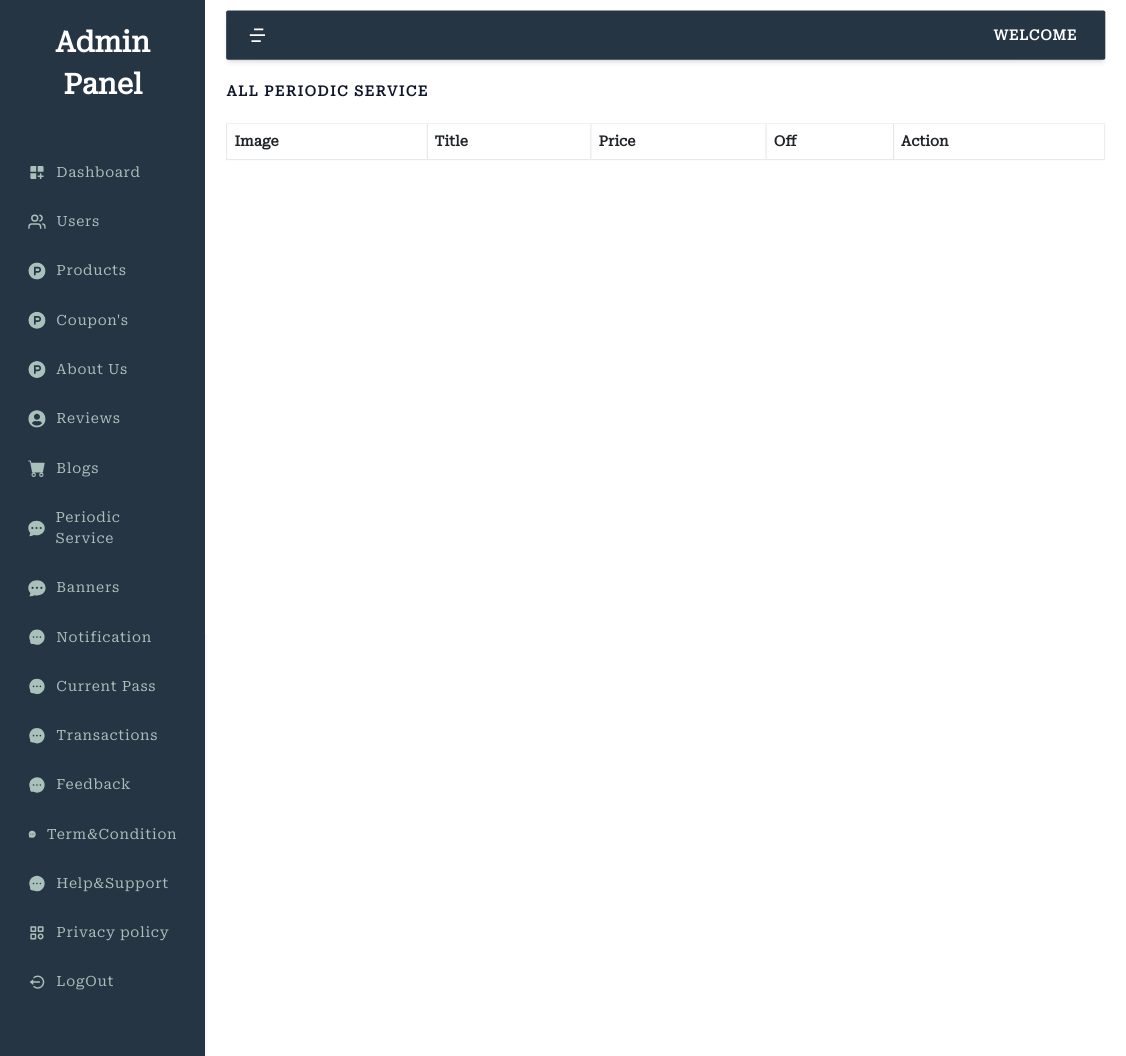
Repository: FlyweisReact/Arun-Chauhan
Page: /complaint
The author's editor kept a copy of each file at every save. The page is drawn from the files as they stood at one save, then again after a run of saves.
The browser window is 1280 px wide. The pictures show the whole page, at 88% of full size.
Some web libraries are served in a nearby version. The project was rebuilt for these pictures with package versions that can differ from the ones it lists, and the page was loaded fresh each time. Also part of the build but not shown: src/components/forms/Login.jsx, src/components/layout/Navbar.jsx, src/components/layout/Sidebar.jsx, src/components/layout/HOC.jsx, src/components/pages/Dashboard.jsx, src/components/vendorPanel/components/pages/Message/Message.js, src/components/pages/UserKundli/UserKundli.jsx, src/components/pages/discount/Discount.jsx and 27 more.

Above is the page before, as saved 2023-03-14 15:05:20.

### public/index.html
<!-- @format -->

<!DOCTYPE html>
<html lang="en">
  <head>
    <meta charset="utf-8" />
    <!-- <link rel="icon" href="%PUBLIC_URL%/favicon.png" /> -->
    <meta name="viewport" content="width=device-width, initial-scale=1" />
    <meta name="theme-color" content="#000000" />
    <meta
      name="description"
      content="Web site created using create-react-app"
    />
    <link rel="apple-touch-icon" href="%PUBLIC_URL%/favicon.ico?v=2" />



    <link rel="manifest" href="%PUBLIC_URL%/manifest.json" />
    <link rel="preconnect" href="https://fonts.googleapis.com">
    <link rel="preconnect" href="https://fonts.gstatic.com" crossorigin>
    <link href="https://fonts.googleapis.com/css2?family=Roboto+Serif&display=swap" rel="stylesheet">
    <title>Arun   Panel</title>
  </head>
  <body>
    <noscript>You need to enable JavaScript to run this app.</noscript>
    <div id="root"></div>
    <script src="https://code.jquery.com/jquery-3.6.0.min.js"></script>
    <script src="https://kit.fontawesome.com/b533b351e4.js" crossorigin="anonymous"></script>
  </body>
</html>

### src/index.js
import React from "react";
import ReactDOM from "react-dom/client";
import "./index.css";
import App from "./App";
import { BrowserRouter } from "react-router-dom";
import 'bootstrap/dist/css/bootstrap.min.css'

const root = ReactDOM.createRoot(document.getElementById("root"));
root.render(
  <React.StrictMode>
    <BrowserRouter>
      <App />
    </BrowserRouter>
  </React.StrictMode>
);

### src/index.css
/** @format */

@tailwind base;
@tailwind components;
@tailwind utilities;




body {
  margin: 0;
  font-family: 'Roboto Serif', serif  !important;
  -webkit-font-smoothing: antialiased;
  -moz-osx-font-smoothing: grayscale;
}

/* Wcomponents */
.wcomp::-webkit-scrollbar {
  width: 0px;
}
::-webkit-scrollbar {
  width: 0px;
}
::-webkit-scrollbar-track {
  background: #696f78;
}
/* Handle */
::-webkit-scrollbar-thumb {
  background: #b4b8bf;
}

.main-card--container {
  display: grid;
  grid-template-columns: repeat(3, minmax(300px, 500px));
  grid-gap: 50px;
  justify-content: space-around;
}
.card-container {
  margin: 25px 0 auto;
  position: relative;
  display: grid;
  grid-template-columns: 1fr;
  justify-content: space-around;
  align-items: flex-start;
}

.img-thumbnail {
  width: 80px;
}
.img-large {
  max-width: 80%;
}

.formInput {
  padding: 5px;
}

.BannerImg{
  display: grid;
  grid-template-columns: auto auto auto;
  margin: 20px;
  justify-content: space-evenly;
  text-align: center;
}
.BannerImg div{
  box-shadow: rgba(0, 0, 0, 0.35) 0px 5px 15px;
  padding: 10px;

}
.BannerImg img{
  width: 400px;
  height: 200px;
}


li{
  list-style: disc;
}
.carouselImages{
  width: 200px !important;
}
.Car{
  width: 200px !important;
}

.three-Sec{
  display: grid;
  justify-content: space-evenly;
  grid-template-columns: auto auto auto;
  text-align: center;
  color: black;

}
.three-Sec div{
  box-shadow: rgba(0, 0, 0, 0.35) 0px 5px 15px;
  margin-top: 40px;
  padding : 10px;
}
.three-Sec img{
  width: 400px;
}
.three-Sec p{
  font-size: 20px;
  font-weight: bold;
  margin: 0;
}
.three-Sec button{
  border: 1px solid #B80000;
  background-color: #ffff;
  color: #B80000;
  width: 100%;
  padding: 3px;
  margin-top: 10px;
  font-size: 20px;
  transition: 0.5s;
}

.three-Sec button:hover{
  background-color: #B80000;
  color: #ffff;
}

### src/App.js
/** @format */

import { Routes, Route } from "react-router-dom";
import Login from "./components/forms/Login";
import Dashboard from "./components/pages/Dashboard";
import { ToastContainer } from "react-toastify";
import MSG from "./components/vendorPanel/components/pages/Message/Message";
import "react-toastify/dist/ReactToastify.css";
import UserKundli from "./components/pages/UserKundli/UserKundli";
import Discount from "./components/pages/discount/Discount";
import Chat from "./components/pages/reactChat/Chat";
import Horoscope from "./components/pages/horoScope/Horoscope";
import Specification from "./components/pages/SpecificationPage/Specification";
import VendorLogin from "./components/vendorPanel/components/forms/VendorLogin";
import VendorDashboard from "./components/vendorPanel/components/pages/VendorDashboard";
import Fedd from "./components/pages/FeedBack/Fedd";
import Users from "./components/vendorPanel/components/pages/Users/Users";
import TimeSlots from "./components/pages/TimeSlots/TimeSlots";
import Documents from "./components/pages/Documents/Documents";
import Notify from "./components/pages/Notifications/Notify";
import ProductDetail from "./components/pages/FeedBack/ProductDetail";
import Product from "./components/vendorPanel/components/pages/Products/Product";
import Category from "./components/vendorPanel/components/pages/Category/Category";
import Order from "./components/vendorPanel/components/pages/Orders/Order";
import Complaint from "./components/vendorPanel/components/pages/Complaint/Complaint";
import Vendor from "./components/vendorPanel/components/pages/Vendors/Vendor";
import SubCategory from "./components/pages/Subcategory/SubCategory";
import Tour from "./components/vendorPanel/components/pages/Tour";
import Transaction from "./components/vendorPanel/components/pages/Transaction";
import Privacy from "./components/vendorPanel/components/pages/Terms/Privacy";
import Terms from "./components/vendorPanel/components/pages/Terms/Terms";
import Transactions from './components/vendorPanel/components/pages/Users/Transactions'
import CurrentPass from "./components/vendorPanel/components/pages/Users/CurrentPass";
import Offers from "./components/vendorPanel/components/pages/Users/Offers";
import FeedBack from "./components/vendorPanel/components/pages/Users/FeedBack";
import TermsCon from "./components/vendorPanel/components/pages/Users/TermsCon";
import HelpSupport from "./components/vendorPanel/components/pages/Users/HelpSupport";

function App() {
  return (
    <>
      <ToastContainer />

      <Routes>
        <Route path="/vendorLogin" element={<Login />} />
        <Route path="/dashboard" element={<Dashboard />} />
        <Route path="/userkundli" element={<UserKundli />} />
        <Route path="/discount" element={<Discount />} />
        <Route path="/horoscope" element={<Horoscope />} />
        <Route path="/specification" element={<Specification />} />


        <Route path="/chat" element={<Chat />} />
        <Route path="feedback" element={<Fedd />} />
        <Route path="/time" element={<TimeSlots />} />
        <Route path="/document" element={<Documents />} />
        <Route path="/subCategory" element={<SubCategory />} />
        <Route path="/not" element={<Notify />} />
        <Route path="/viewProduct/:id" element={<ProductDetail />} />


        {/* Admin Panel */}
        <Route path="/" element={<VendorLogin />} />
        <Route path="/ven" element={<Vendor />} />
        <Route path="/product" element={<Product />} />
        <Route path="/tour" element={<Tour />} />
        <Route path='/transaction' element={<Transaction />} />
        <Route path="/users" element={<Users />} />
        <Route path="/order" element={<Order />} />
        <Route path="/msg" element={<MSG />} />
        <Route path="/complaint" element={<Complaint />} />
        <Route path="/vendorDashboard" element={<VendorDashboard />} />
        <Route path="/category" element={<Category />} />
        <Route path="/privacy" element={<Privacy />} />
        <Route path="/terms" element={<Terms />} />
        <Route path="/trans" element={<Transactions />} />
        <Route path="/currentPass" element={<CurrentPass />} />
        <Route path="/offers" element={<Offers />} />
        <Route path="/feedBacks" element={<FeedBack />} />
        <Route path="/termsCon" element={<TermsCon />} />
        <Route path='/helpSupport' element={<HelpSupport />} />
      </Routes>
    </>
  );
}

export default App;

### src/components/vendorPanel/components/pages/Complaint/Complaint.js
/** @format */
import React, {  useState } from "react";
import { Table , Modal ,Button , Form} from "react-bootstrap";
import HOC from "../../layout/HOC";



const Complaint = () => {
  const [modalShow, setModalShow] = useState(false);


  function MyVerticallyCenteredModal(props) {
    return (
      <Modal
        {...props}
        size="lg"
        aria-labelledby="contained-modal-title-vcenter"
        centered
      >
        <Modal.Header closeButton>
          <Modal.Title id="contained-modal-title-vcenter">
            Update Help&Support
          </Modal.Title>
        </Modal.Header>
        <Modal.Body>
          <Form>
            <Form.Group className="mb-3">
              <Form.Label>Name</Form.Label>
              <Form.Control
                type="text"
              />
          </Form.Group>
            <Form.Group className="mb-3">
              <Form.Label>Email</Form.Label>
              <Form.Control
                type="text"
              />
            </Form.Group>
            <Button variant="outline-success" type="submit">
              Submit
            </Button>
          </Form>
        </Modal.Body>
        <Modal.Footer></Modal.Footer>
      </Modal>
    );
  }





  return (
    <>

<MyVerticallyCenteredModal
          show={modalShow}
          onHide={() => setModalShow(false)}
        />

      <section>
        <div className="pb-4 sticky top-0  w-full flex justify-between items-center bg-white">
          <span className="tracking-widest text-slate-900 font-semibold uppercase ">
          All Periodic Service
          </span>
        </div>

        <div style={{ maxWidth: "100%", overflow: "auto" }}>
          <Table striped bordered hover>
            <thead>
              <tr>
                <th> Image</th>
                <th> Title</th>
                <th> Price</th>
                <th> Off</th>
                <th>Action</th>
              </tr>
            </thead>
            <tbody>

            </tbody>
          </Table>
        </div>
      </section>
    </>
  );
};


export default HOC(Complaint);

### src/components/vendorPanel/components/layout/HOC.jsx
import React, { useState } from "react";
import Navbar from "./Navbar";
import Sidebar from "./Sidebar";

const HOC = (Wcomponenet) => {
  return function Component() {
    const [hamb, setHamb] = useState(false);
    return (
      <>
        <section className="flex overflow-x-hidden relative">
          {/* Sidebar */}
          <div
            className={
              hamb
                ? " absolute top-0 z-30 md:w-auto shadow-md bg-slate-200  w-60 transition-all md:-left-full left duration-150  h-auto overflow-y-auto  left-0 "
                : " md:w-72 z-30 bg-slate-200  shadow-md  md:static absolute top-0 -left-full   transition-all duration-150  overflow-y-auto h-auto"
            }
          >
            <Sidebar hamb={hamb} setHamb={setHamb} />
          </div>
          {/* Components & Navbar */}
          <div
            className={
              hamb
                ? " transition-all px-4 py-2  bg-white duration-150 w-full h-screen"
                : " w-full h-screen  px-4 py-2  bg-white z-50 transition-all duration-150 "
            }
          >
            <Navbar hamb={hamb} setHamb={setHamb} />
            <div className="my-6 text-white h-[87%] wcomp overflow-y-auto">
              <Wcomponenet />
            </div>
          </div>
        </section>
      </>
    );
  };
};

export default HOC;

### src/components/vendorPanel/components/layout/Navbar.jsx
/** @format */

import { RiMenu4Line } from "react-icons/ri";

const Navbar = ({ hamb, setHamb }) => {

  return (
    <>

      <div
        className={
          hamb
            ? "flex  w-full justify-between  my-1 rounded-sm  p-4 py-3 shadow-md items-center  bg-slate-200 space-x-4"
            : "flex  w-full justify-between my-1 rounded-sm  p-4 py-3 shadow-md items-center  bg-slate-200 space-x-4"
        }
        style={{   backgroundColor: "#263544", color : "#fff"}}
      >
        <RiMenu4Line
          onClick={() => setHamb(!hamb)}
          className="text-2xl font-bold text-#fff-900 hover:scale-90 cursor-pointer"
        />

        <section className="flex sm:ml-auto justify-end sm:w-full items-center space-x-2  pr-2">
          <figcaption className="tracking-wider pl-1 font-semibold">
            <div className="lg:text-base text-sm text-#fff-900  uppercase" >
              Welcome
            </div>
          </figcaption>
        </section>


      </div>
    </>
  );
};

export default Navbar;

### src/components/vendorPanel/components/layout/Sidebar.jsx
/** @format */

import React from "react";
import { RiCloseLine } from "react-icons/ri";
import { Link, useNavigate } from "react-router-dom";
import { BsFillCartFill } from "react-icons/bs";
import { BiLogOutCircle ,BiCategory } from "react-icons/bi";
import { MdDashboardCustomize } from "react-icons/md";
import { BsFillChatDotsFill } from "react-icons/bs";
import { AiFillMessage } from "react-icons/ai";
import {FaProductHunt , FaUserCircle} from 'react-icons/fa'
import {FiUsers} from 'react-icons/fi'

const Sidebar = ({ hamb, setHamb }) => {
  const navigate = useNavigate();

  const nav = [
    {
      icon: <MdDashboardCustomize className="text-xl mr-3 rounded-full " />,
      link: "/vendorDashboard",
      name: "Dashboard",
    },
    {
      icon: <FiUsers className="text-xl mr-3" />,
      link: "/ven",
      name: "Users",
    },
    {
      icon: <FaProductHunt className="text-xl mr-3 rounded-full " />,
      link: "/tour",
      name: "Products",
    },
    {
      icon: <FaProductHunt className="text-xl mr-3 rounded-full " />,
      link: "/product",
      name: "Coupon's",
    },
    {
      icon: <FaProductHunt className="text-xl mr-3 rounded-full " />,
      link: "/transaction",
      name: "About Us",
    },
    {
      icon: <FaUserCircle className="text-xl mr-3" />,
      link: "/users",
      name: "Reviews",
    },
    {
      icon: <BsFillCartFill className="text-xl mr-3" />,
      link: "/order",
      name: "Blogs",
    },
    {
      icon: <BsFillChatDotsFill className="text-xl mr-3" />,
      link: "/complaint",
      name: "Periodic Service",
    },
    {
      icon: <BsFillChatDotsFill className="text-xl mr-3" />,
      link: "/offers",
      name: "Banners",
    },
    {
      icon: <AiFillMessage className="text-xl mr-3 rounded-full " />,
      link: "/msg",
      name: "Notification",
    },
    {
      icon: <AiFillMessage className="text-xl mr-3 rounded-full " />,
      link: "/currentPass",
      name: "Current Pass",
    },
    {
      icon: <AiFillMessage className="text-xl mr-3 rounded-full " />,
      link: "/trans",
      name: "Transactions",
    },
    {
      icon: <AiFillMessage className="text-xl mr-3 rounded-full " />,
      link: "/feedBacks",
      name: "Feedback",
    },
    {
      icon: <AiFillMessage className="text-xl mr-3 rounded-full " />,
      link: "/termsCon",
      name: "Term&Condition",
    },
    {
      icon: <AiFillMessage className="text-xl mr-3 rounded-full " />,
      link: "/helpSupport",
      name: "Help&Support",
    },
    {
      icon: <BiCategory className="text-xl mr-3" />,
      link: "/privacy",
      name: "Privacy policy",
    }
  ];

  const logOut = () => {
    localStorage.removeItem("token");
    navigate("/vendorLogin");
  };

  return (
    <>
      <div className="p-4 h-auto"   style={{
          backgroundColor: "#263544",
          minHeight : '100vh'
        }}>
        {/* Top */}
        <div className="w-full md:hidden relative  p-2 mb-4">
          <RiCloseLine
            onClick={() => setHamb(!hamb)}
            className="text-3xl  absolute top-2 sm:hover:rotate-[228deg] transition-transform font-bold right-2 sm:hover:text-[22px] text-[rgb(241,146,46)] cursor-pointer"
          />
        </div>
        {/* Logo */}
        <figure className="flex  flex-col items-center">
        <span
            className="font-bold text-[rgb(241,146,46)]"
            style={{ fontSize: "2rem", textAlign: "center", color: "#fff" }}
          >
            Admin Panel
          </span>
        </figure>
        {/* Nav-menu */}
        <nav className="py-6">
          {nav.map((nav) => {
            return (
              <Link to={nav.link} key={nav.name} className="" style={{textDecoration : 'none'}}>
                <span className="flex my-3 items-center cursor-pointer    tracking-wider p-2 rounded-sm"  style={{ color: "#aac0bb"  , textDecoration : 'none'}}>
                  {nav.icon} {nav.name}
                </span>
              </Link>
            );
          })}
          <span
            className="flex my-3 items-center cursor-pointer   tracking-wider p-2 rounded-sm"
            onClick={() => logOut()}
            style={{ color: "#aac0bb" }}
          >
            <BiLogOutCircle className="text-xl mr-3 rounded-full " /> LogOut
          </span>
        </nav>
      </div>
    </>
  );
};

export default Sidebar;

Loaded but not shown: tailwind.config.js (common file)

After the next 2 saves:
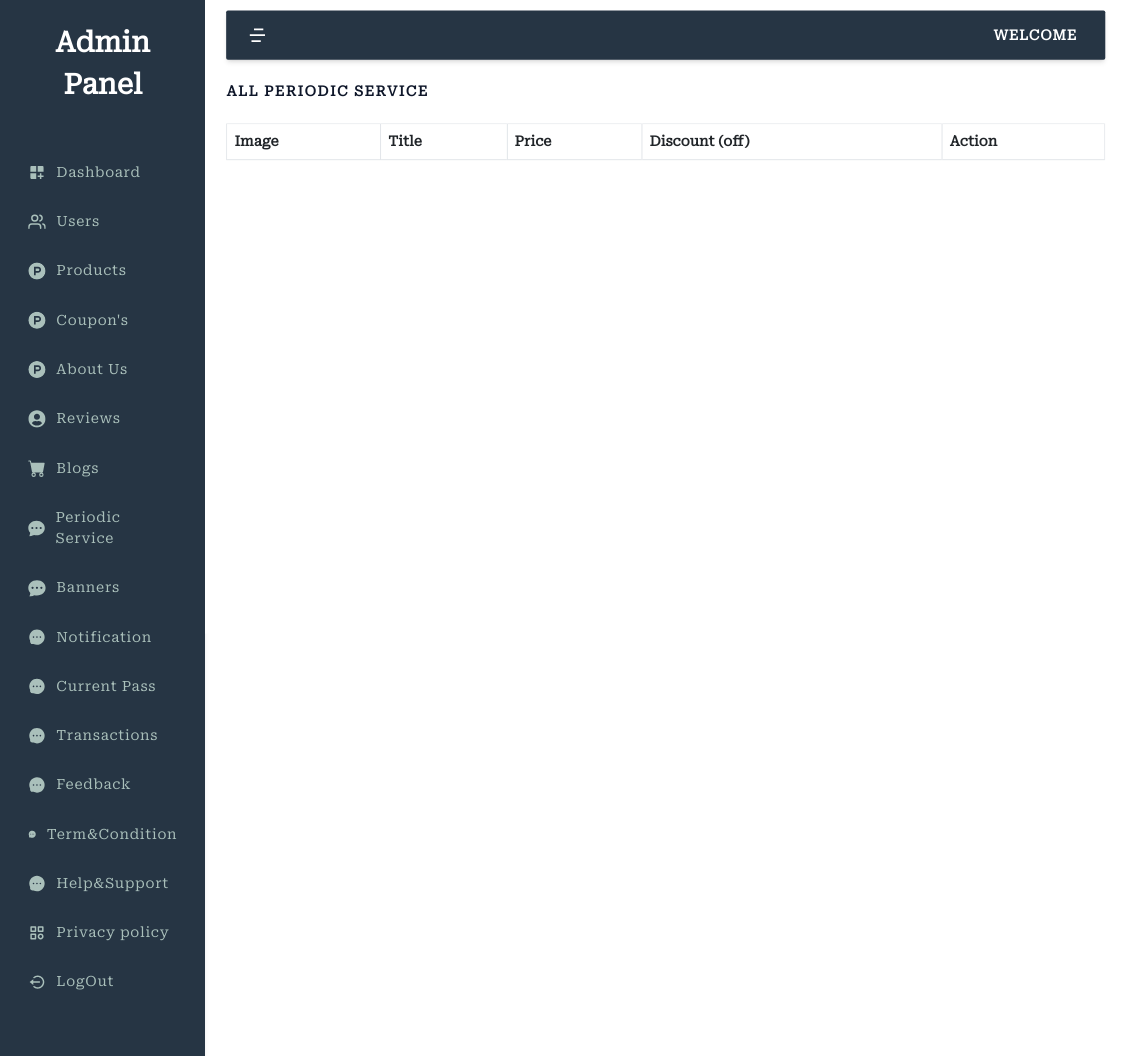
The 2 saves are shown as one change because they came seconds apart.
The last was saved 9 s later.
--- a/src/components/vendorPanel/components/pages/Complaint/Complaint.js
+++ b/src/components/vendorPanel/components/pages/Complaint/Complaint.js
@@ -72,7 +72,7 @@ const Complaint = () => {
                 <th> Image</th>
                 <th> Title</th>
                 <th> Price</th>
-                <th> Off</th>
+                <th> Discount (off)</th>
                 <th>Action</th>
               </tr>
             </thead>
